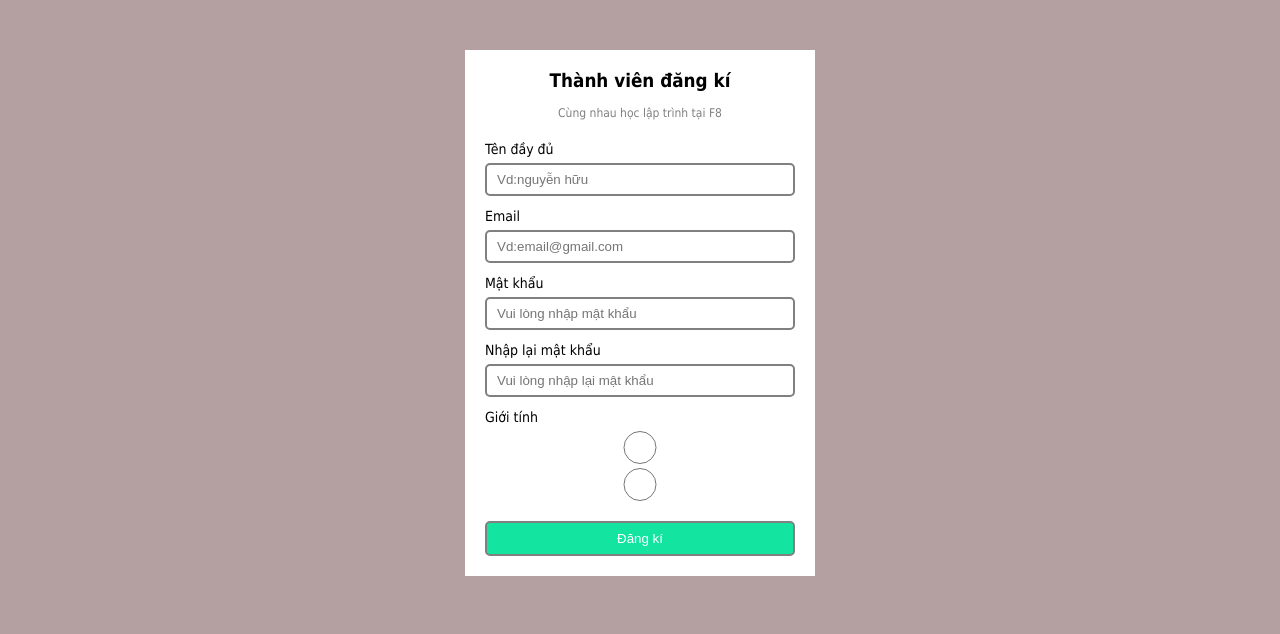
Repository: HuunvDev/Validator
Page: index.html
An editor plug-in stored every save of this project. The page is shown before and after the next save, followed by the edit.
The browser window is 1280 px wide. The pictures show the whole page.
Some web libraries are served in a nearby version.

Above is the page before, as saved 2022-08-21 08:29:19.

After the next save:
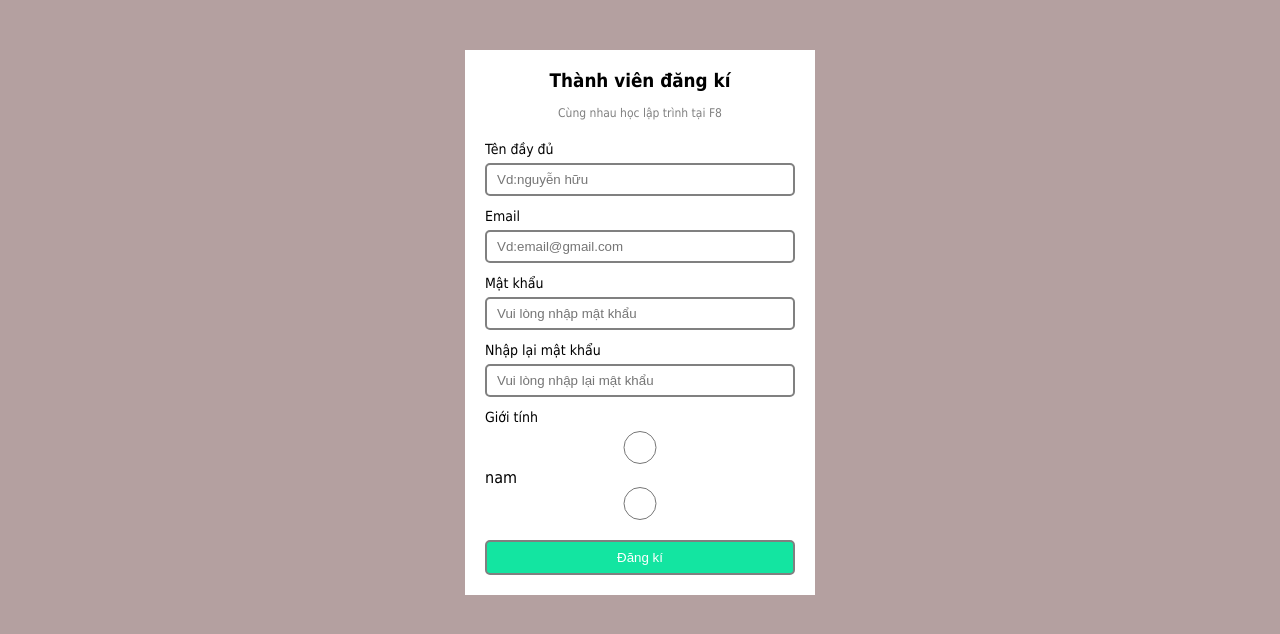
Saved 35 s later.
--- a/index.html
+++ b/index.html
@@ -39,7 +39,7 @@
 
             <div class="form-group">
                 <label for="password_confirmation" class="form-lable">Giới tính</label><br>
-                <input type="radio" name="gender" class="form-control"  value="female"><br>
+                <input type="radio" name="gender" class="form-control"  value="female">nam<br>
                 <input type="radio" name="gender" class="form-control" value="male"><br>
                 <span class="form-message"></span>
             </div>
